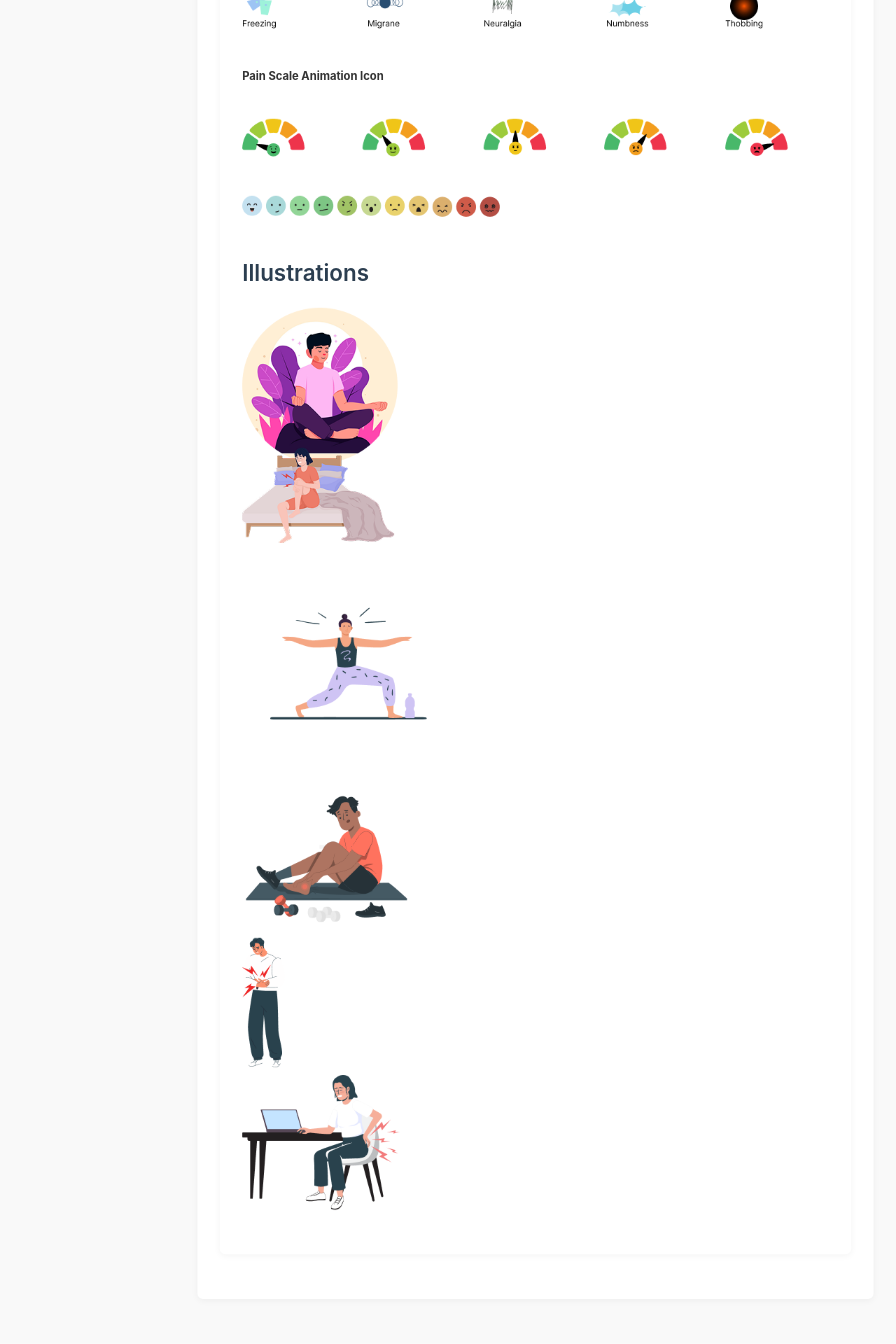
Repository: rosielee09/Heal_U
Page: graphics.html
These files come from the project's save history. The page is drawn as it stood at one moment and after the next save; the edit follows.
The browser window is 1280 px wide. The pictures show the part of the page from y = 1934 to 3854 px (the page is 3854 px tall before and 3139 px after), at 70% of full size.

Above is the page before, as saved 2025-04-03 21:59:17.

After the next save:
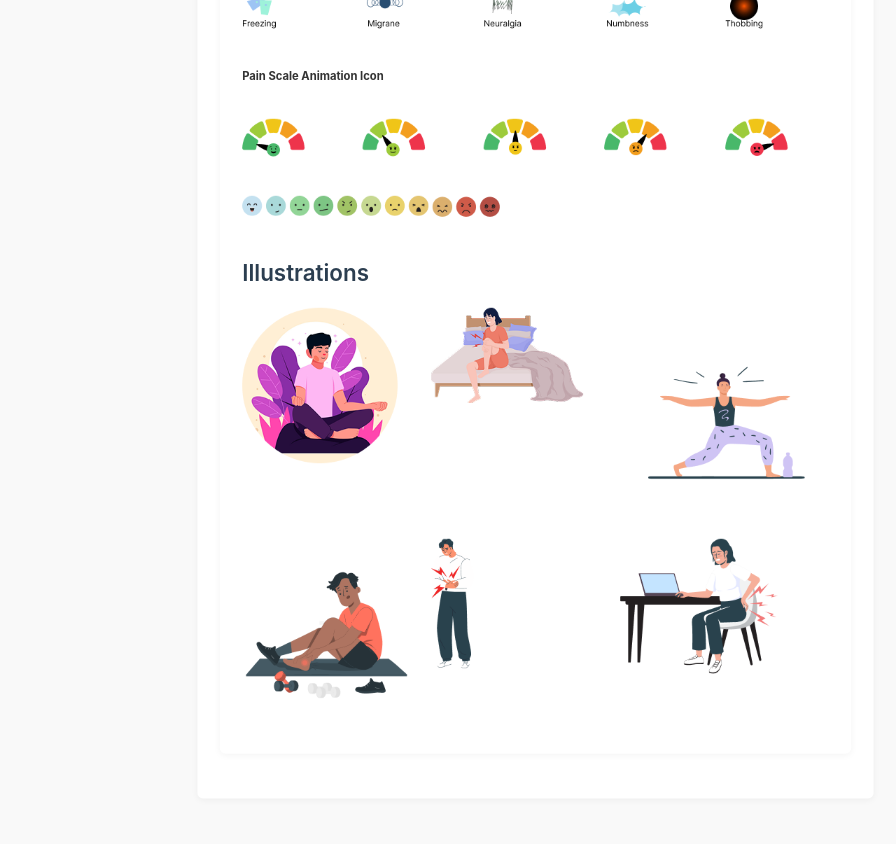
Saved 68 s later.
--- a/styles.css
+++ b/styles.css
@@ -258,7 +258,7 @@ body {
 
 
 /* section illustrations */
-.graphic-illustrations{
+.graphic-grid-illustrations{
     display: grid;
     grid-template-columns: repeat(3, 1fr);
     gap: 1.5rem;
